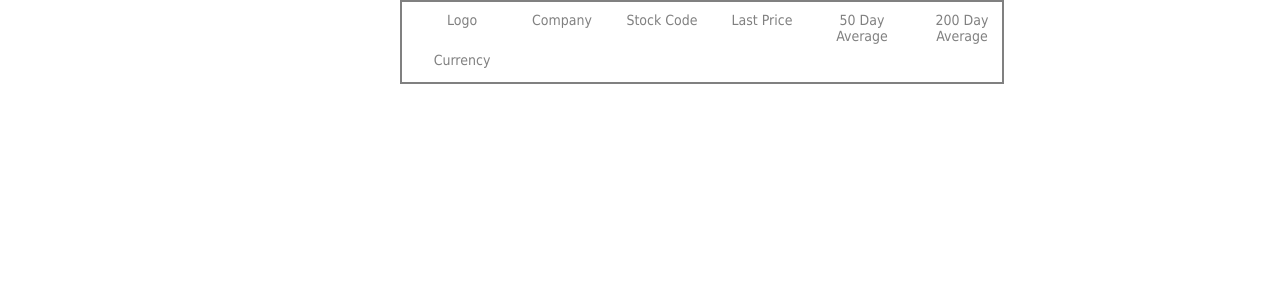
Repository: icarusin/styu
Page: gae/stockyou/StockService/war/Index.html
An editor plug-in stored every save of this project. The page is shown before and after the next save, followed by the edit.
The browser window is 1280 px wide. The pictures show the whole page.
The page's requests for data from a server got no answer.

Above is the page before, as saved 2013-03-31 19:57:21.

### gae/stockyou/StockService/war/Index.html
<!DOCTYPE html PUBLIC "-//W3C//DTD HTML 4.01 Transitional//EN" "http://www.w3.org/TR/html4/loose.dtd">
<html  lang="en" ng-app>
<head>
<meta http-equiv="Content-Type" content="text/html; charset=ISO-8859-1">
<meta charset="utf-8">
  <link rel="stylesheet" type="text/css" href="css/Core.css">
  <script type="text/javascript" src="/js/angular.js"></script>
  <script type="text/javascript" src="/js/homecontroller.js"></script>
   <title>NSE-Index</title>
<title>Insert title here</title>
</head>
<body ng-controller="StockListCtrl">
   <div class="container">
	<div class="portfolio">
          <div>
            <div class="stock">
             	<div style="float:left;" class="stock-prop">
            		<div class="stock-label">Logo</div>
            	</div>
            	<div class="stock-name stock-prop" style="float:left;"><div class="stock-label">Company</div></div>
            	<div class="stock-code stock-prop" style="float:left;"><div class="stock-label">Stock Code</div></div>
            	<div class="stock-price stock-prop" style="float:left;"><div class="stock-label">Last Price</div></div>
            	<div class="stock-fda stock-prop" style="float:left;"><div class="stock-label">50 Day Average</div></div>
            	<div class="stock-2da stock-prop" style="float:left;"><div class="stock-label">200 Day Average</div></div>
            	<div class="stock-unit stock-prop" style="float:left;"><div class="stock-label">Currency</div></div>
            </div>
          </div>
          <div ng-repeat="stock in stocks">
            <div class="stock">
             	<div style="float:left;" class="stock-prop">
            		<a href="#" class="thumb"><img class="stock-img" ng-src="{{stock.logo}}"></a>
            	</div>
            	<div class="stock-name stock-prop" style="float:left;"><div class="stock-label">{{stock.name}}</div></div>
            	<div class="stock-code stock-prop" style="float:left;"><div class="stock-label">{{stock.stock_code}}</div></div>
            	<div class="stock-price stock-prop" style="float:left;"><div class="stock-label">{{stock.stock_price}}</div></div>
            	<div class="stock-fda stock-prop" style="float:left;"><div class="stock-label">{{stock.fifty_day_average}}</div></div>
            	<div class="stock-2da stock-prop" style="float:left;"><div class="stock-label">{{stock.two_hundred_day_average}}</div></div>
            	<div class="stock-unit stock-prop" style="float:left;"><div class="stock-label">{{stock.unit}}</div></div>
            </div>
          </div>
        </div>
    </div>
</body>
</html>

### gae/stockyou/StockService/war/css/Core.css
* {
padding: 0;
margin: 0;
list-style: none;
border: 0;
font-family: "Tahoma", sans-serif,Arial;
color: #808080;
}

div.container {
	width: 100%;
}

div.portfolio{
	overflow:hidden;
}

div.stock{
	overflow:hidden;
	text-align:center;
	margin-left:400px;
	border: 2px solid;
	width: 600px;
}

img.stock-img{
	width:30px;
	height:30px;
}

div.stock-prop{
	font-size:14px;
	margin-left:10px;
	margin-right:10px;
	margin-top:5px;
	margin-bottom:5px;
	width:80px;
	height:30px;
	display: table-cell;
	vertical-align: middle;
	text-align: center;
}

div.stock-label{
	font-size:14px;
	margin-left:10px;
	margin-right:10px;
	margin-top:5px;
	margin-bottom:5px;
	width:80px;
	height:30px;
	display: inner-block;
	 text-align: center;
}

### gae/stockyou/StockService/war/js/homecontroller.js
'use strict';

/* Controllers */

function StockListCtrl($scope, $http) {
  var url = '/resources/portfolio/nse';
  function setsmiley(stock,index){
  	console.log(stock.stock_price - stock.moving_daily_average);
  		if(((stock.stock_price - stock.moving_daily_average)/stock.moving_daily_average)> 0.0){
          console.log("good" + index);
          $scope.stocks[index].hash = $scope.smileys[0];
          /*$scope.hash = $scope.smileys[0];*/
  		}
  		else{
  		console.log("bad"+index);
  		  $scope.stocks[index].hash = $scope.smileys[1];
  		}

  }
  $scope.smileys = ['/images/happy.jpeg','/images/cry.jpeg']
  $http.get(url).success(function(data) {
    $scope.stocks = data.quote;
    for (var i=0;i<$scope.stocks.length;i++)
		{
			  /*setsmiley($scope.stocks[i],i);*/
			  var stock = $scope.stocks[i];
			   console.log(stock.stock_price - stock.moving_daily_average);
	  		if(((stock.stock_price - stock.moving_daily_average)/stock.moving_daily_average)> 0.0){
	          console.log("good" + i);
	          $scope.stocks[i].hash = $scope.smileys[0];
	          /*$scope.hash = $scope.smileys[0];*/
	  		}
	  		else{
	  		console.log("bad"+i);
	  		  $scope.stocks[i].hash = $scope.smileys[1];
	  		}
		}

  });

}

Loaded but not shown: gae/stockyou/StockService/war/js/angular.js (library)

After the next save:
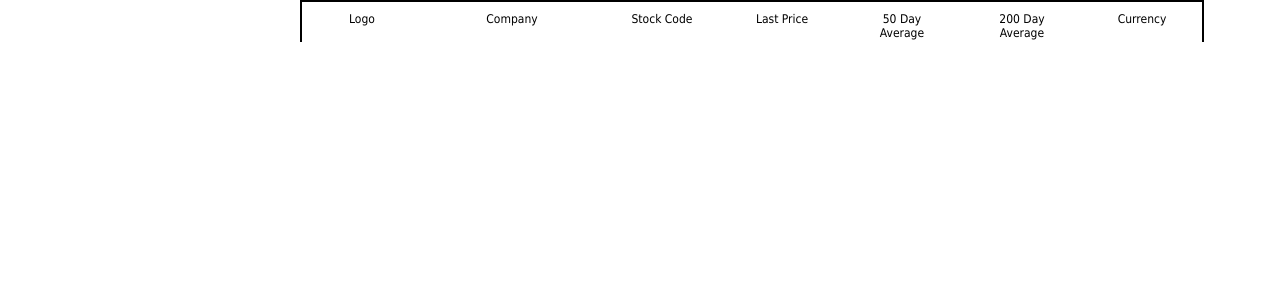
Saved 20 s later.
--- a/gae/stockyou/StockService/war/css/Core.css
+++ b/gae/stockyou/StockService/war/css/Core.css
@@ -4,7 +4,7 @@ margin: 0;
 list-style: none;
 border: 0;
 font-family: "Tahoma", sans-serif,Arial;
-color: #808080;
+color: #000;
 }
 
 div.container {
@@ -18,9 +18,15 @@ div.portfolio{
 div.stock{
 	overflow:hidden;
 	text-align:center;
-	margin-left:400px;
-	border: 2px solid;
-	width: 600px;
+	margin-left:300px;
+	border-top: 2px solid;
+	border-right: 2px solid;
+	border-left: 2px solid;
+	width: 900px;
+}
+
+div.stock a{
+	font-size:12px;
 }
 
 img.stock-img{
@@ -34,7 +40,7 @@ div.stock-prop{
 	margin-right:10px;
 	margin-top:5px;
 	margin-bottom:5px;
-	width:80px;
+	width:100px;
 	height:30px;
 	display: table-cell;
 	vertical-align: middle;
@@ -42,13 +48,17 @@ div.stock-prop{
 }
 
 div.stock-label{
-	font-size:14px;
+	font-size:12px;
 	margin-left:10px;
 	margin-right:10px;
 	margin-top:5px;
 	margin-bottom:5px;
-	width:80px;
 	height:30px;
 	display: inner-block;
-	 text-align: center;
+	text-align: center;
 }
+
+div.stock-name{
+	width:160px;
+	height:30px;
+}
